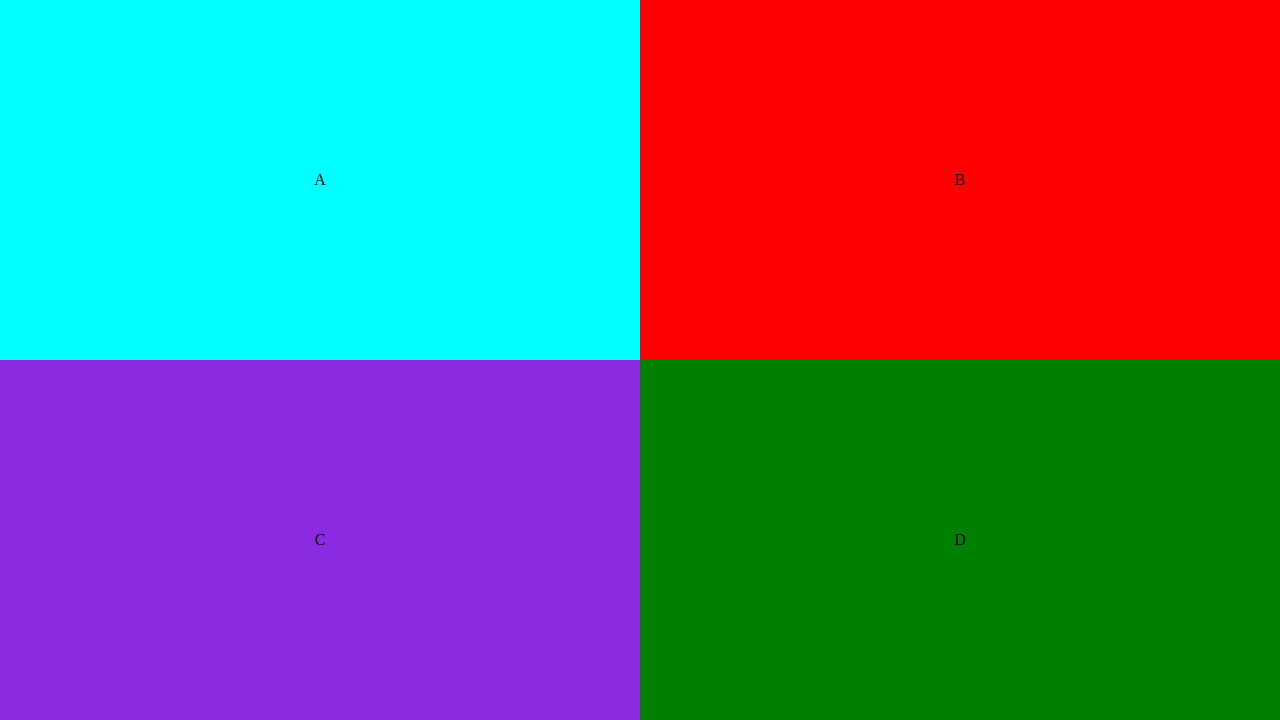
Repository: AriyiiA/ariyiia.github.io
Page: contact.html
The author's editor kept a copy of each file at every save. The page is drawn from the files as they stood at one save, then again after the next save.
The browser window is 1280 px wide. The pictures show the whole page.
Some web libraries are served in a nearby version.

Above is the page before, as saved 2023-03-10 11:45:45.

### contact.html
<!DOCTYPE html>
<html lang="fr">
<head>
    <meta charset="UTF-8">
    <meta http-equiv="X-UA-Compatible" content="IE=edge">
    <meta name="viewport" content="width=device-width, initial-scale=1.0">
    <script src="https://kit.fontawesome.com/7423b0aaa5.js" crossorigin="anonymous"></script>
    <link rel="stylesheet" href="/src/contact.css">
    <title>Le portfolio de Sévan</title>
</head>
<body>
    <div class="container">
        <div class="box1">A</div>
        <div class="box2">B</div>
        <div class="box3">C</div>
        <div class="box4">D</div>
    </div>
    <!-- <div id="back" onclick="history.back()"></div>
    <div class="socialmedia">
    <a href="mailto:sevan.gardes@live.fr"><i class="fa-solid fa-envelope"></i></a>
    <a href="tel:0684726861"><i class="fa-solid fa-phone"></i></a>
    <a href="https://twitter.com/sevan_gardes"><i class="fa-brands fa-twitter"></i></a>
    <a href="https://www.facebook.com/habsbourg.dvdbbddb"><i class="fa-brands fa-facebook-f"></i></a>
    <a href="https://www.linkedin.com/in/s%C3%A9van-gardes-9a0474243/"><i class="fa-brands fa-linkedin-in"></i></a>
    <a href="https://www.instagram.com/sevan_gardes/"><i class="fa-brands fa-instagram"></i></a>
    </div> -->
    <script src="src/app.js"></script>
</body>
</html>

### src/contact.css
*
{
    margin: 0;
    padding: 0;
}
.container
{
    display: grid;
    grid-template-columns: repeat(2, 1fr);
    grid-template-rows: repeat(2, 1fr);
    grid-column-gap: 0px;
    grid-row-gap: 0px;
    height: 100vh;
}
.box1
{
    display: flex;
    justify-content: center;
    align-items: center;
    background-color: aqua;
}
.box2
{
    display: flex;
    justify-content: center;
    align-items: center;
    background-color: red;
}
.box3
{
    display: flex;
    justify-content: center;
    align-items: center;
    background-color: blueviolet;
}
.box4
{
    display: flex;
    justify-content: center;
    align-items: center;
    background-color: green;
}

Loaded but not shown: src/app.js (no stored copy; drawn as an empty file)

After the next save:
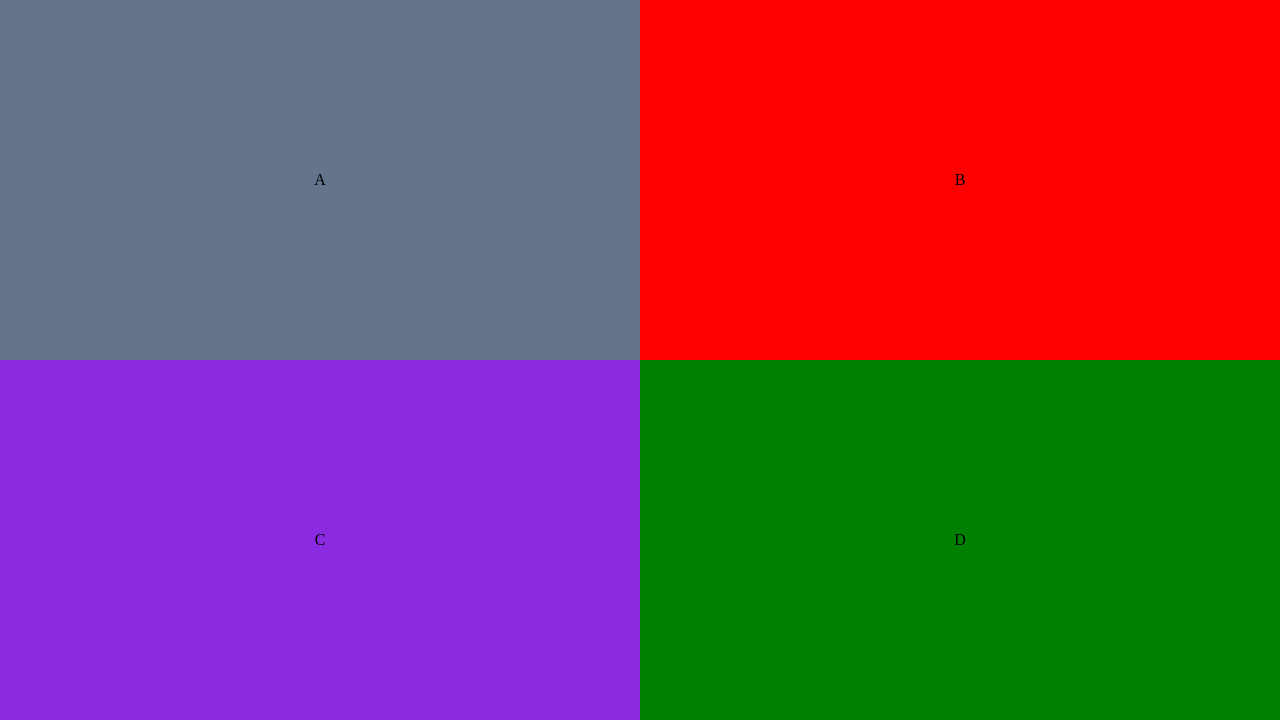
Saved 63 s later.
--- a/src/contact.css
+++ b/src/contact.css
@@ -17,7 +17,7 @@
     display: flex;
     justify-content: center;
     align-items: center;
-    background-color: aqua;
+    background-color: #64748b;
 }
 .box2
 {
